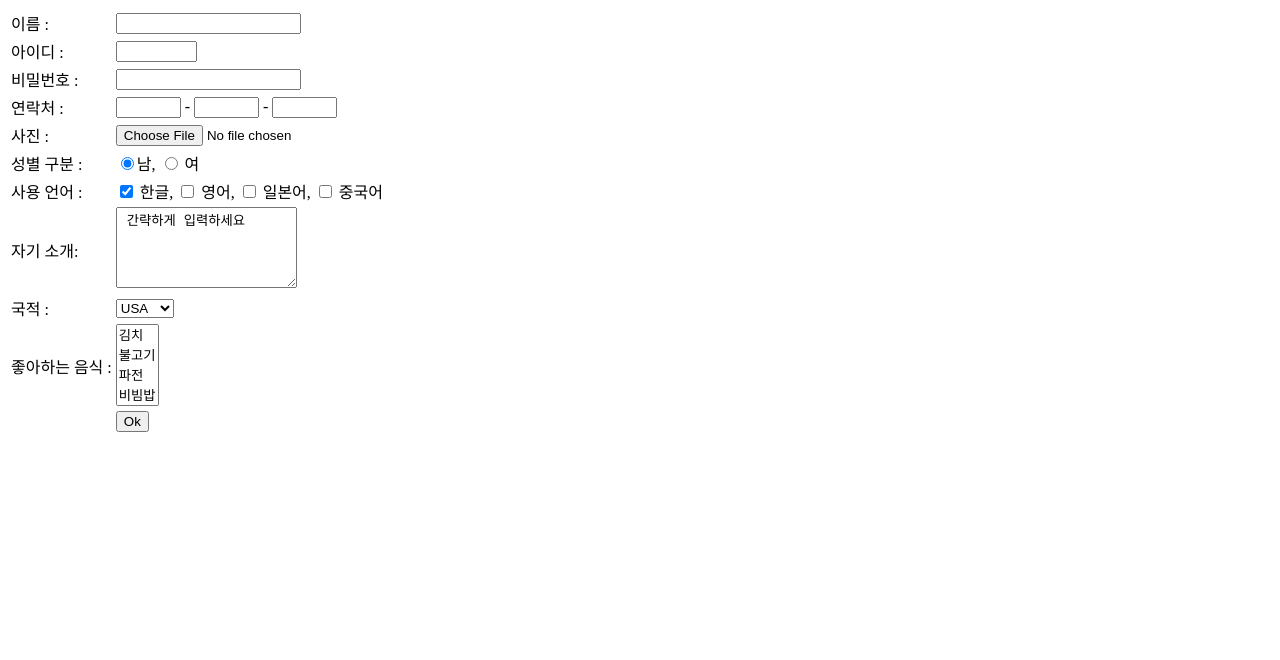
Repository: bjKim2/JSP
Page: HTML/src/main/webapp/Ex03.html
These files come from the project's save history. The page is drawn as it stood at one moment and after the next save; the edit follows.
The browser window is 1280 px wide. The pictures show the whole page.

Above is the page before, as saved 2022-03-15 05:41:38.

After the next save:
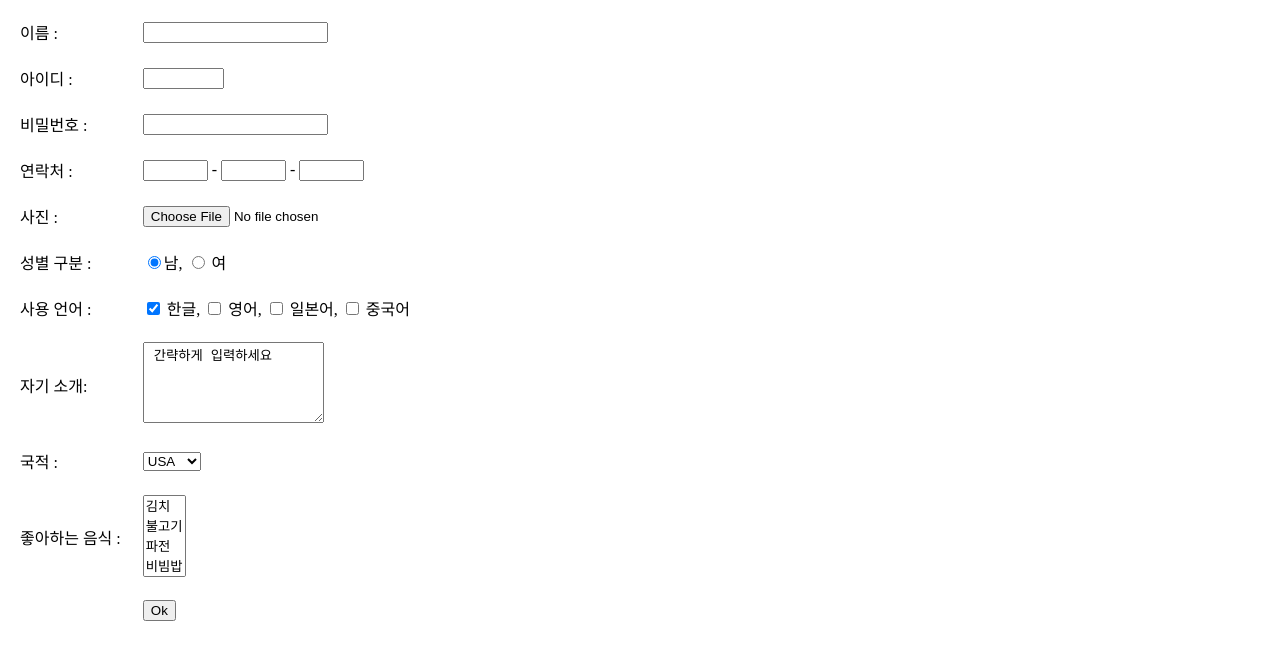
Saved 23 s later.
--- a/HTML/src/main/webapp/Ex03.html
+++ b/HTML/src/main/webapp/Ex03.html
@@ -6,7 +6,7 @@
 </head>
 <body>
 	<form action = '#' method='get'>
-		<table>
+		<table cellpadding = '10'>
 			<tr>
 				<td>
 					이름 :
